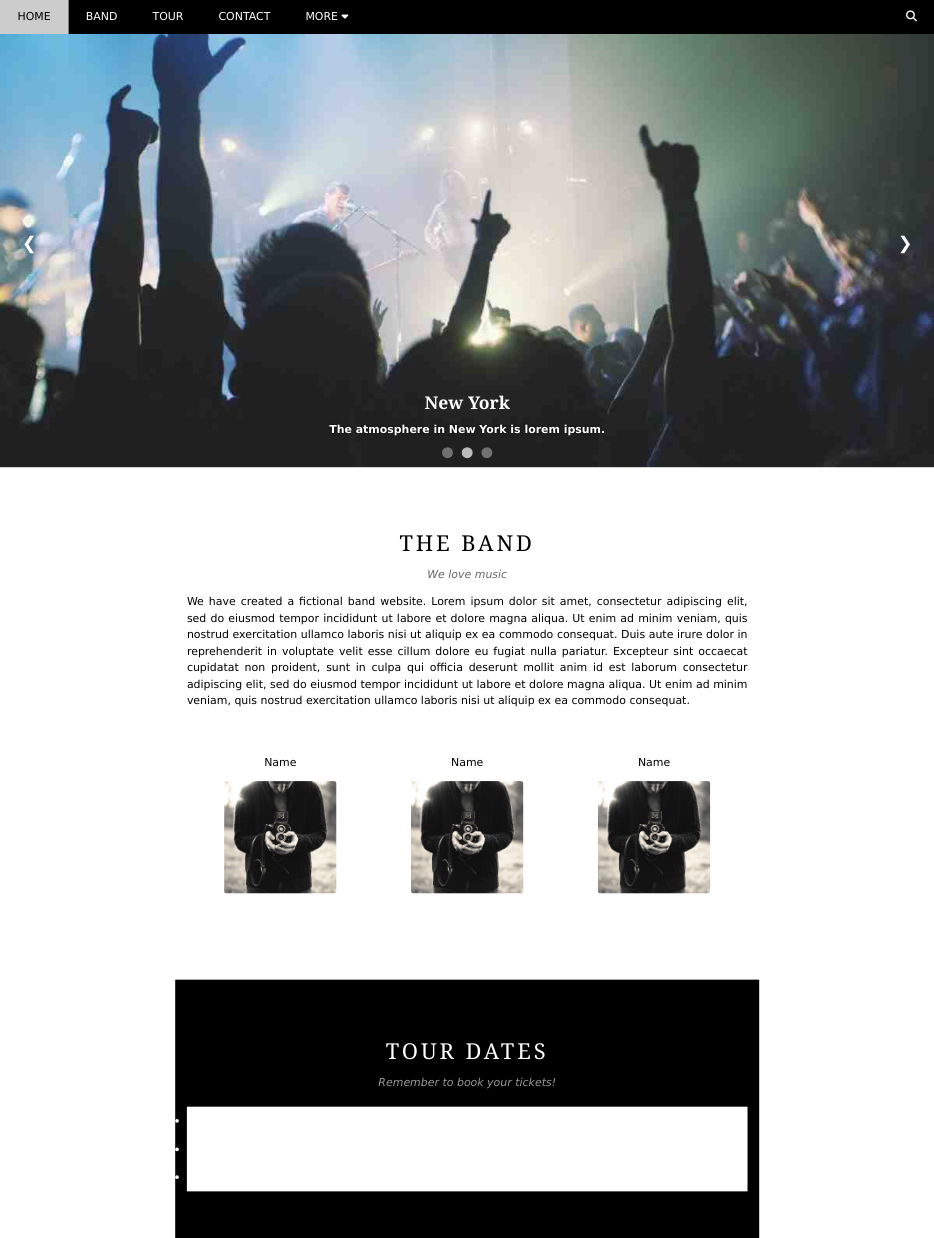
Repository: tam1512/The-Band
Page: index.html
These files come from the project's save history. The page is drawn as it stood at one moment and after the next save; the edit follows.
The browser window is 1280 px wide. The pictures show the whole page, at 73% of full size.
Some web libraries are served in a nearby version.

Above is the page before, as saved 2022-07-23 15:19:43.

After the next save:
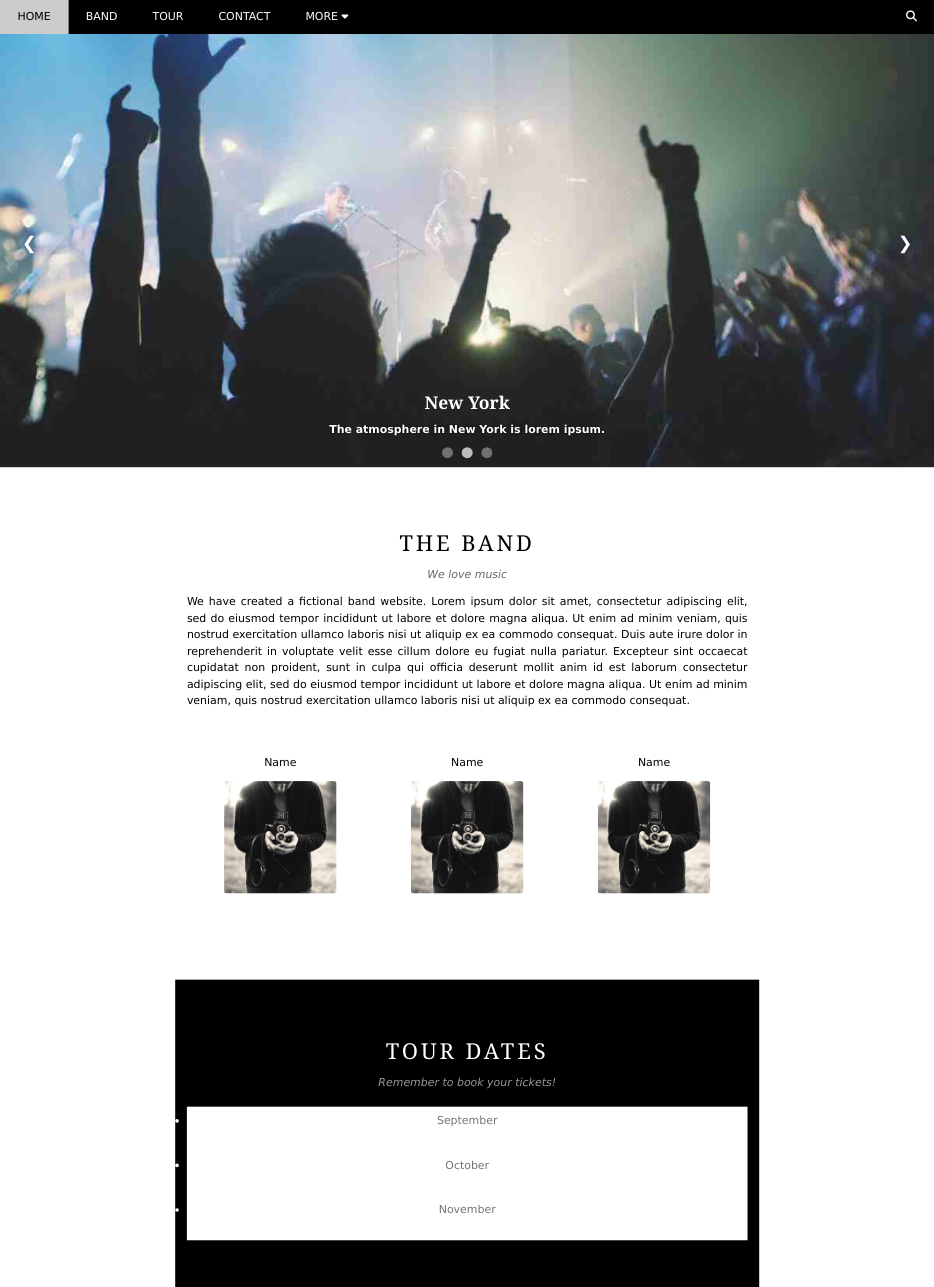
Saved 52 s later.
--- a/index.html
+++ b/index.html
@@ -109,15 +109,15 @@
             <br>
             <ul class="backgroud-white">
               <li class="padding-8-16">
-                <p class="text-grey"></p>
+                <p class="month text-grey">September</p>
                 <span class="sold-out">Sold out</span>
               </li>
               <li class="padding-8-16">
-                <p class="text-grey"></p>
+                <p class="month text-grey">October</p>
                 <span class="sold-out">Sold out</span>
               </li>
               <li class="padding-8-16">
-                <p class="text-grey"></p>
+                <p class="month text-grey">November</p>
                 <span class="sold-out">Sold out</span>
               </li>
             </ul>
